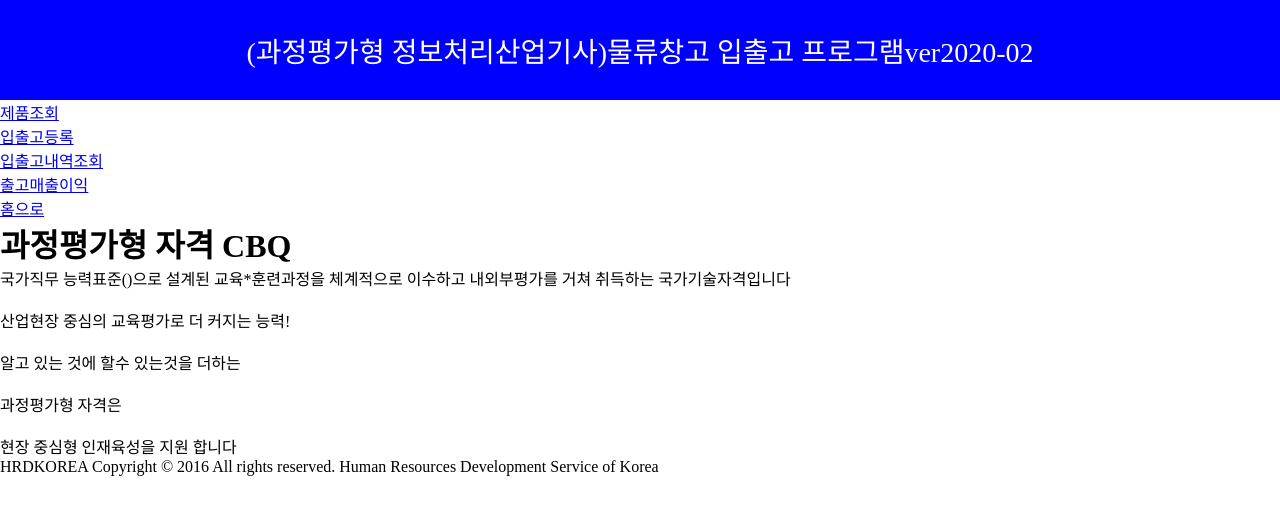
Repository: anakyn01/2_two
Page: http://localhost/cbq_1/two.jsp
An editor plug-in stored every save of this project. The page is shown before and after the next save, followed by the edit.
The browser window is 1280 px wide. The pictures show the whole page.
The page is served by Tomcat 9.

Above is the page before, as saved 2024-12-11 05:47:24.

After the next save:
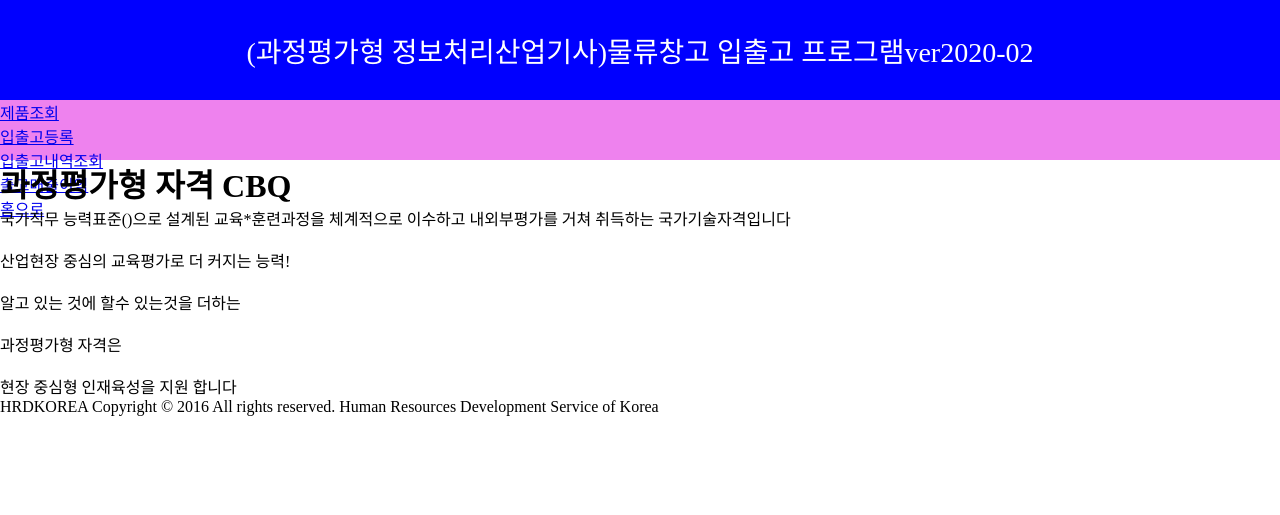
Saved 108 s later.
--- a/exam/cbq_1/src/main/webapp/css/style.css
+++ b/exam/cbq_1/src/main/webapp/css/style.css
@@ -9,7 +9,7 @@ height:100px; color:white; font-size:28px;
 display:flex; justify-content:center; align-items:center;
 }
 nav{
-width:100%;
+width:100%;	background-color:violet; height:60px;
 }
 .nav{
 width:100%;
